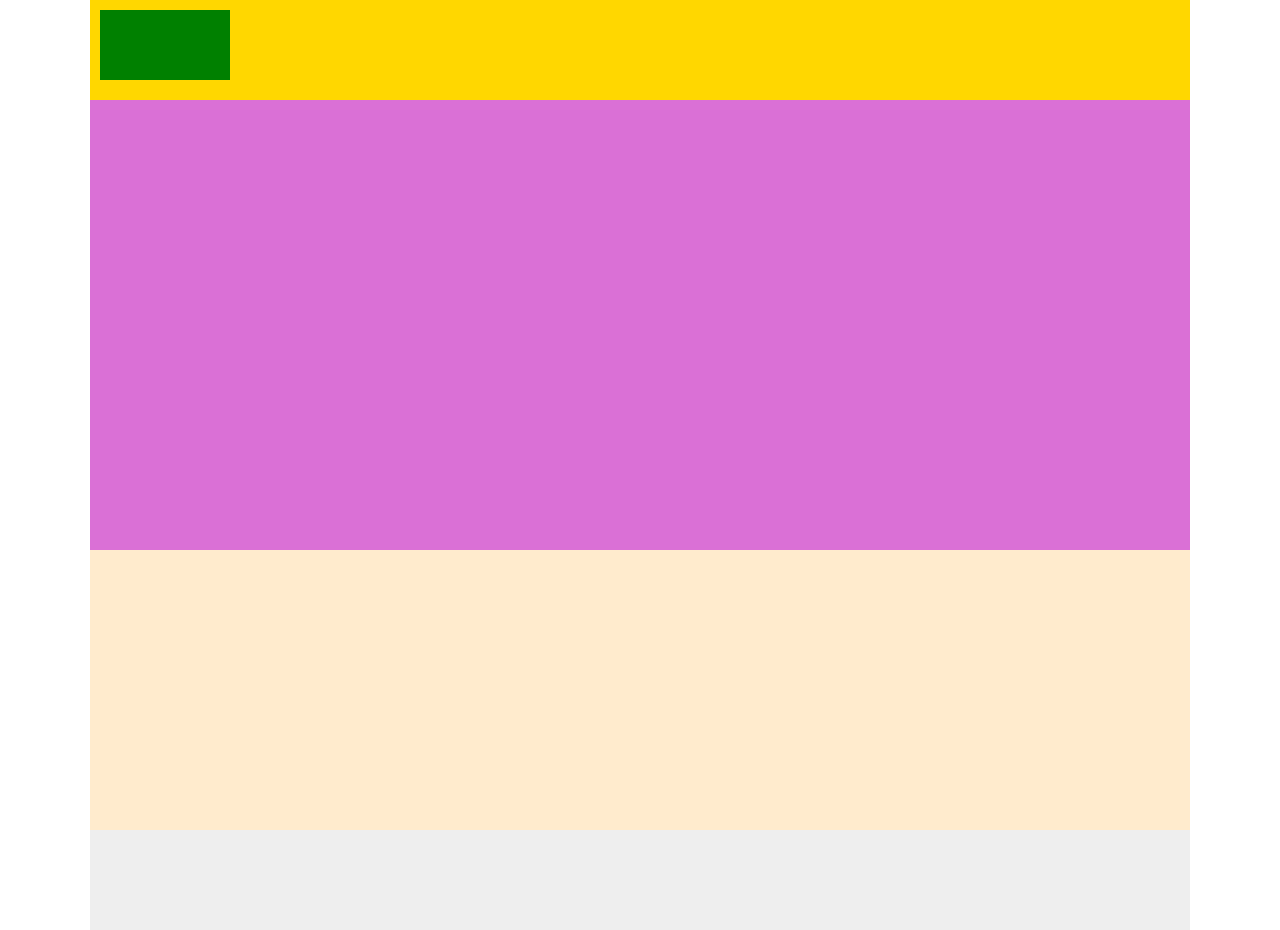
Repository: Hotmintchoco/SpringStudy
Page: HtmlTest/src/main/webapp/index4.html
These files come from the project's save history. The page is drawn as it stood at one moment and after the next save; the edit follows.
The browser window is 1280 px wide. The pictures show the whole page.

Above is the page before, as saved 2022-05-03 07:53:31.

After the next save:
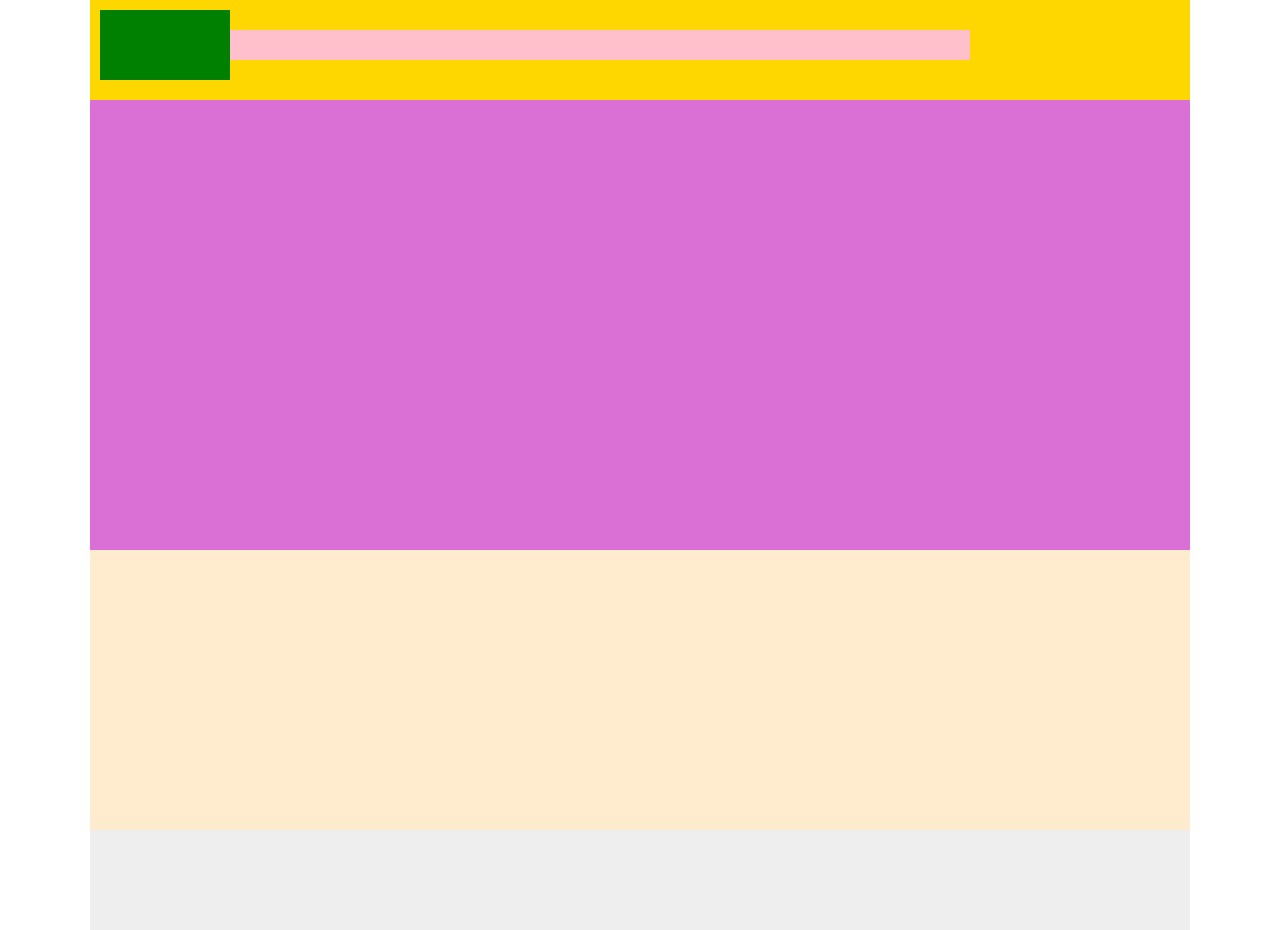
Saved 2 min 5 s later.
--- a/HtmlTest/src/main/webapp/index4.html
+++ b/HtmlTest/src/main/webapp/index4.html
@@ -17,6 +17,11 @@
 	#logo {
 		width: 130px; height: 70px; background-color: green;
 		margin: 10px 0 0 10px; float: left;
+	}
+
+	nav {
+		width: 740px; height: 30px; background-color: pink;
+		margin: 30px 30px 0 0; float: left;
 	}
 
 	#slider {
